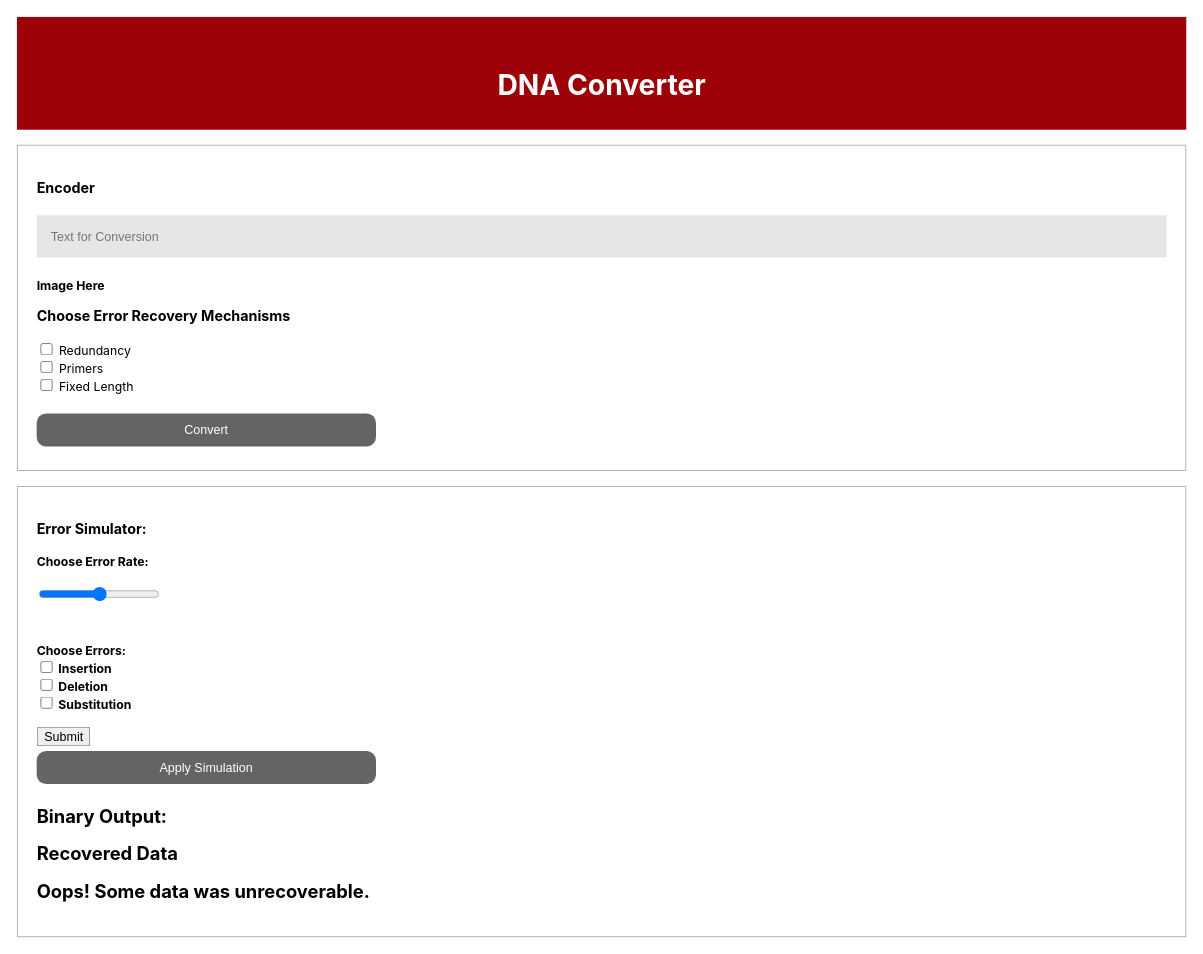
Repository: komalharjani/MSc-Thesis-DNA-Storage
Page: index.html
An editor plug-in stored every save of this project. The page is shown before and after the next save, followed by the edit.
The browser window is 1280 px wide. The pictures show the whole page, at 94% of full size.

Above is the page before, as saved 2020-08-16 22:10:24.

### index.html
<!DOCTYPE html>
<html lang="en">

<head>
    <link href="index.css" rel="stylesheet">
    <meta charset="UTF-8">
    <meta name="viewport" content="width=device-width, initial-scale=1.0">
    <title>Document</title>
</head>

<body>
    <div id="LoginPage">
        <div class="header"><br>
            <h2> DNA Converter </h2>
        </div><br>

        <div class="loginContainer">
            <h3>Encoder</h3>
            <input type="text" placeholder="Text for Conversion" id="textToConvert" required class="input">
            <label for="text"><b>Image Here</b></label>
            <h3>Choose Error Recovery Mechanisms</h3>
            <form>
                <input type="checkbox" id="vehicle1" name="vehicle1" value="Bike">
                <label for="vehicle1"> Redundancy </label><br>
                <input type="checkbox" id="vehicle2" name="vehicle2" value="Car">
                <label for="vehicle2"> Primers </label><br>
                <input type="checkbox" id="vehicle3" name="vehicle3" value="Boat">
                <label for="vehicle3"> Fixed Length</label><br><br>
            </form>
            <button onclick="onSubmit()" id="submit">Convert</button>
        </div><br>
        <div class="loginContainer">
            <h3>Error Simulator:</h3>
            <h4>Choose Error Rate:</h4>
            <input type="range" name="rangeInput" min="0" max="10" onchange="updateTextInput(this.value);">
            <input type="number" id="textInput" value="" class="range" max="10"><br>
            <h4>Choose Errors:</h4<br>
            <form>
                <input type="checkbox" id="vehicle1" name="vehicle1" value="Bike">
                <label for="vehicle1"> Insertion </label><br>
                <input type="checkbox" id="vehicle2" name="vehicle2" value="Car">
                <label for="vehicle2"> Deletion </label><br>
                <input type="checkbox" id="vehicle3" name="vehicle3" value="Boat">
                <label for="vehicle3"> Substitution </label><br><br>
                <input type="submit" value="Submit">
            </form>
            <button onclick="" id="error">Apply Simulation</button><br>
            <!--Take Error Rate from On Submit-->
            <h2>Binary Output:</h2>
            <h2>Recovered Data</h2>
            <h2>Oops! Some data was unrecoverable. </h2>
        </div>
    </div>

</body>
<script src="index.js"></script>

</html>

### index.css
body {
    background-color:white;
    resize: both;
    overflow: auto;
}

.labelText {
  width: 100%;
  padding: 15px;
  margin: 5px 0 22px 0;
  display: inline-block;
  border: none;
  background: #cacaca;
}

.search {
  width: 30%;
  padding: 15px;
  margin: 5px 0 22px 0;
  display: inline-block;
  border: none;
  background: #e6e6e6;
}

.runBtn {
  background-color: #000000;
  border: 1px solid #ffffff;
  color: rgb(255, 255, 255);
  padding: 14px 20px;
  margin-top: 5px;
  margin-bottom: 5px;
  margin-right: 2px;
  margin-left: 0;
  border: none;
  cursor: pointer;
  width: 100%;
  opacity: 0.9;
  font-size: 15px;
}

#map{
  height: 400px;
  width: 100%;
}

#profile {
  border-radius: 50%;
}

.profile {
    padding: 10px;
    text-align: center;
    height: auto;
}

/* Full-width input fields */
.input {
  width: 100%;
  padding: 15px;
  margin: 5px 0 22px 0;
  display: inline-block;
  border: none;
  background: #e6e6e6;
}

.range {
  margin: 5px 0 22px 0;
  display: inline-block;
  border: none;
  text-align: right;
}

li {
  width: 100%;
  padding: 15px;
  margin: 5px 0 22px 0;
  display: inline-block;
  border: none;
  background: #cacaca;
}

ul {
  padding: 0;
}


/* Add a background color when the inputs get focus */
input[type=text]:focus, input[type=password]:focus {
  background-color: rgb(184, 184, 184);
  outline: none;
}

/* button {
  background-color: #000000;
  color: rgb(255, 255, 255);
  padding: 14px 20px;
  margin: 8px;
  border: none;
  cursor: pointer;
  width: 30%;
  opacity: 0.9;
  border-radius: 20px;
} */

.loginContainer {
  width: 100%;
  float: center;
  padding: 20px;
  border: 0.5px solid #afafaf;
  height: auto;

}

/* Set a style for all buttons */
.button {
  background-color: #000000;
  color: rgb(255, 255, 255);
  padding: 10px;
  width: 100%;
  border: none;
  border-radius: 10px;
}

button {
  background-color: rgb(100, 100, 100);
  color: rgb(255, 255, 255);
  padding: 10px;
  width: 30%;
  margin-top: 5px;
  margin-bottom: 5px;
  margin-right: 2px;
  margin-left: 0;
  border: none;
  border-radius: 10px;
}

button:hover {
  opacity: 0.8;
}

/* Extra styles for the cancel button */
.cancelbtn {
  padding: 14px 20px;
  background-color: whitesmoke;
}

/* Float cancel and signup buttons and add an equal width */
.cancelbtn, .signupbtn {
  float: right;
  width: 100%;
}


/* Style the horizontal ruler */
hr {
  border: 1px solid #f1f1f1;
  margin-bottom: 25px;
}

/* Change styles for cancel button and signup button on extra small screens */
@media screen and (max-width: 300px) {
  .cancelbtn, .signupbtn {
     width: 100%;
  }
}
/* OLD BELOW!!!!! */

* {
    box-sizing: border-box;
  }

  /* Add a gray background color with some padding */
  body {
    font-family: -apple-system, BlinkMacSystemFont, 'Segoe UI', Roboto, Oxygen, Ubuntu, Cantarell, 'Open Sans', 'Helvetica Neue', sans-serif;
    padding: 10px;
    background: #ffffff;
    font-size: 13px;
  }
  table {
    font-family: arial, sans-serif;
    border-collapse: collapse;
    width: 100%;
  }

  td, th {
    border: 1px solid #dddddd;
    text-align: left;
    padding: 8px;
  }

  tr:nth-child(even) {
    background-color: #dddddd;
  }
  /* Header Title */
  .header {
    padding: 5px;
    font-size: 20px;
    text-align: center;
    background: #9d0208;
    color: white;
  }

  .login {
    width:300px;
    height:500px;
    position: fixed;
    top: 50%;
    left: 50%;
    margin-top: -125px;
    margin-left: -150px;
  }

  /* Split Screen into Columns */

  .rightcolumn {
    float: right;
    width: 50%;
    padding: 10px;
  }

  .leftcolumn {
    float: left;
    width: 20%;
    padding: 10px;
    background-color: rgb(255, 255, 255);
  }

  .left {
    float: right;
    width: 50%;
    background-color: rgb(255, 255, 255);
  }

  .right {
    float: right;
    width: 50%;
    background-color: rgb(255, 255, 255);
  }

  .centercolumn {
    float: left;
    width: 80%;
    padding: 10px;
    background-color: rgb(255, 255, 255);
  }

  .title {
    color: grey;
    font-size: 18px;
  }

  .rightcolumn {
    float: left;
    width: 30%;
    padding: 10px;
    background-color: rgb(255, 255, 255);
  }

  .box {
    background-color: rgb(255, 255, 255);
    width: 100%;
    padding: 15px;
  }


  .card {
     background-color: whitesmoke;
     padding: 15px;
  }

  .row:after {
    content: "";
    display: table;
    clear: both;
  }

  /* Footer */
  .footer {
    padding: 20px;
    text-align: center;
    background: #ddd;
    margin-top: 20px;
  }

  /* Responsive layout - when the screen is less than 800px wide, make the two columns stack on top of each other instead of next to each other */
  @media screen and (max-width: 800px) {
    .leftcolumn, .rightcolumn {
      width: 100%;
      padding: 0;
    }
  }

  tr:nth-child(even) {
    background-color: #3b37377c;
  }

  button:hover {
    opacity:1;
  }

  /* Extra styles for the cancel button */
  .cancelbtn {
    padding: 14px 20px;
    background-color: #000000;
  }

  /* Float cancel and signup buttons and add an equal width */
  .cancelbtn, .signupbtn {
    float: right;
    width: 100%;
  }

  .containerForm {
    width: 50%;
    float: left;
    padding: 10px;
    background-color: rgb(255, 255, 255);
  }

  /* Add padding to container elements */
  .container {
    width: 100%;
    float: left;
    padding: 10px;
    background-color: rgb(255, 255, 255);
  }

  #result {
    color: red;
  }

  .submitComment {
    background-color: white;
    color: black;
    border: 1px solid #888;
    width: 100%;
    float: right;
  }

  .submitComment :hover {
    background-color: rgb(138, 138, 138);
  }

  .readMore {
    background-color: rgb(216, 216, 216);;
    color: black;
    width: 40%;
    margin: 5px;
  }

  .logoutBtn {
    color: white;
    background-color: #9d0208 ;
    border: 1px solid rgb(255, 255, 255);
    margin: 10px;
  }

  .logoutBtn:hover {
    opacity: 0.7;
  }

  .register {
    color: black;
    background-color: white ;
    border: 1px solid rgb(255, 255, 255);
    margin: 10px;
    opacity: 0.8;
  }

  .register:hover {
    opacity: 1;
  }

  .runPostsStyle {
    background-color: rgb(255, 255, 255);
    padding: 20px;
    border-radius: 10px;
    margin-top: 20px;
    width: 100%;
    overflow: hidden;
    border: 1px solid rgb(0, 0, 0);
    columns: 2;
  }



  .commentPost {
    background-color: whitesmoke;
    padding: 20px;
    border-radius: 10px;
    margin-top: 20px;
    width: 100%;
    overflow: hidden;
  }

  .mapStyle {
    background-color: rgb(94, 0, 0);
    border-radius: 10px;
    width: 40%;
    height: 100px;
    border:solid black;
  }

  /* The Modal (background) */
  .modal {
    display: none; /* Hidden by default */
    position: fixed; /* Stay in place */
    left: 0;
    top: 0;
    width: 100%; /* Full width */
    height: 100%; /* Full height */
    overflow: auto; /* Enable scroll if needed */
    background-color:rgb(255, 255, 255);
    padding: 20px;
  }

  /* Modal Content/Box */
  .modal-content {
    background-color: #ffffff;
    margin: 5% auto 15% auto; /* 5% from the top, 15% from the bottom and centered */
    border: 1px solid #888;
    width: 80%; /* Could be more or less, depending on screen size */
  }

  .postTitle {
    font-size: 20px;
    font-weight: bold;
    color: #9d0208;
  }

  .dateDisplay {
    font-size: 20px;
    font-weight: bold;
  }

  .toFrom {
    font-size: 14px;
    font-weight: bold;
  }

  /* Style the horizontal ruler */
  hr {
    border: 1px solid #f1f1f1;
    margin-bottom: 25px;
  }

  /* The Close Button (x) */
  .close {
    position: absolute;
    right: 35px;
    top: 15px;
    font-size: 40px;
    font-weight: bold;
    color: #000000;
  }

  .close:hover,
  .close:focus {
    color: #ff8484;
    cursor: pointer;
  }

  /* Clear floats */
  .clearfix::after {
    content: "";
    clear: both;
    display: table;
  }

  /* Change styles for cancel button and signup button on extra small screens */
  @media screen and (max-width: 300px) {
    .cancelbtn, .signupbtn {
       width: 100%;
    }
  }

  .dropbtn {
    background-color: #E6E6E6;
    color: rgb(85, 85, 85);
    padding: 16px;
    font-size: 16px;
    border: none;
    width: 100px;
    cursor: pointer;
  }

  .dropbtn:hover, .dropbtn:focus {
    background-color: rgb(187, 187, 187);
  }

  .dropdown {
    position: relative;
    display: inline-block;
  }

  .dropdown-content {
    display: none;
    position: absolute;
    background-color: #f1f1f1;
    min-width: 160px;
    overflow: auto;
    box-shadow: 0px 8px 16px 0px rgba(0,0,0,0.2);
    z-index: 1;
  }

  .dropdown-content a {
    color: black;
    padding: 12px 16px;
    text-decoration: none;
    display: block;
  }

  .dropdown a:hover {background-color: #ddd;}

  .show {display: block;}

### index.js
let text = "Lorem Ipsum is simply dummy text of the printing and typesetting industry. Lorem Ipsum has been the industry's standard dummy text ever since the 1500s, when an unknown printer took a galley of type and scrambled it to make a type specimen book. It has survived not only five centuries, but also the leap into electronic typesetting, remaining essentially unchanged. It was popularised in the 1960s with the release of Letraset sheets containing Lorem Ipsum passages, and more recently with desktop publishing software like Aldus PageMaker including versions of Lorem Ipsum. Lorem Ipsum is simply dummy text of the printing and typesetting industry. Lorem Ipsum has been the industry's standard dummy text ever since the 1500s, when an unknown printer took a galley of type and scrambled it to make a type specimen book. It has survived not only five centuries, but also the leap into electronic typesetting, remaining essentially unchanged. It was popularised in the 1960s with the release of Letraset sheets containing Lorem Ipsum passages, and more recently with desktop publishing software like Aldus PageMaker including versions of Lorem Ipsum. Lorem Ipsum is simply dummy text of the printing and typesetting industry. Lorem Ipsum has been the industry's standard dummy text ever since the 1500s, when an unknown printer took a galley of type and scrambled it to make a type specimen book. It has survived not only five centuries, but also the leap into electronic typesetting, remaining essentially unchanged. It was popularised in the 1960s with the release of Letraset sheets containing Lorem Ipsum passages, and more recently with desktop publishing software like Aldus PageMaker including versions of Lorem Ipsum. Lorem Ipsum is simply dummy text of the printing and typesetting industry. Lorem Ipsum has been the industry's standard dummy text ever since the 1500s, when an unknown printer took a galley of type and scrambled it to make a type specimen book. It has survived not only five centuries, but also the leap into electronic typesetting, remaining essentially unchanged. It was popularised in the 1960s with the release of Letraset sheets containing Lorem Ipsum passages, and more recently with desktop publishing software like Aldus PageMaker including versions of Lorem Ipsum.";
console.log(text.length);
let noErrors = 4;
let binOutput;

/**
 * Called when convert is started
 */
function onSubmit() {

    //Add Length
    let input = addLength();
    binOutput = textToBinary(input);
    //binOutput = textToBinary(text);

    //ADDING ENCODING INFORMATION
    let dnaStringOutput = binaryToDNA(binOutput);

    //add Primers
    let addedPrimers = addPrimers(dnaStringOutput);

    //Add Redundancy and Complement
    let cloneOne = addedPrimers.slice();
    let cloneTwo = addedPrimers.slice();
    let comp = addComplement(addedPrimers); //or dnaString Output
    //let cloneOne = dnaStringOutput.slice();
    //let cloneTwo = dnaStringOutput.slice();
    //let comp = addComplement(dnaStringOutput);
    //let reverse = cloneTwo.reverse();

    //Add Blocks
    let blocks = addBlocks(addPrimers);
    //errorSimulator(blocks);

    //ERROR SIMULATOR
    let cloneError = errorSimulator(cloneOne);
    let cloneTwoError = errorSimulator(cloneTwo);
    let dnaStringError = errorSimulator(addedPrimers);
    console.log(dnaStringError);
    let errorComp = errorSimulator(comp);

    // let rem = removePrimers(errorDNA);
    // let extractedLength = getLength(removePrimers); //call getLength from here
    // errorCorrectLength(extractedLength);

    //Call Error Correcting for Redundant
    let errorCorrection = errorCorrectRedundant(cloneError, dnaStringError, cloneTwoError);
    let errorCorrectionResult = dnaToBinary(errorCorrection);
    let convertedOutput = removePrimers(errorCorrectionResult);
    let decoded = decode(convertedOutput);
    binaryToText(decoded);
}

function imageToBinary(img) {
        var binArray = []
        var datEncode = "";

        for (i=0; i < data.length; i++) {
            binArray.push(data[i].charCodeAt(0).toString(2));
        }
        for (j=0; j < binArray.length; j++) {
            var pad = padding_left(binArray[j], '0', 8);
            datEncode += pad + ' ';
        }
        function padding_left(s, c, n) { if (! s || ! c || s.length >= n) {
            return s;
        }
        var max = (n - s.length)/c.length;
        for (var i = 0; i < max; i++) {
            s = c + s; } return s;
        }
        console.log(binArray);
}

/**
 * Converting User Inputted Text into Binary using ASCII Table
 * @param {*} text
 */
function textToBinary(text) {
    var length = text.length,
        output = [];
    for (var i = 0; i < length; i++) {
        var bin = text[i].charCodeAt().toString(2);
        output.push(Array(8 - bin.length + 1).join("0") + bin);
    }
    return output.join("");
}

/**
 * Converting Binary Output to DNA by Mapping 2 bits to A, G, C or T.
 * Mapping: A = 00, G = 01, C = 10, T = 11
 * @param {*} binOutput
 */
function binaryToDNA(binOutput) {
    // console.log(binOutput.length);
    let dnaArray = [];
    var twoBitsArray = []; //Array to hold binary elements, each element containing 2 bits
    var i = 0;
    var n = binOutput.length;

    while (i < n) {
        twoBitsArray.push(binOutput.slice(i, i += 2));
    }
    console.log(twoBitsArray);

    for (let i = 0; i < twoBitsArray.length; i++) {
        if (twoBitsArray[i] == "00") {
            dnaArray.push("A");
        }
        else if (twoBitsArray[i] == "01") {
            dnaArray.push("G");
        }
        else if (twoBitsArray[i] == "10") {
            dnaArray.push("C");
        }
        else if (twoBitsArray[i] == "11") {
            dnaArray.push("T");
        }
    }
    return dnaArray;
}

/**
 * Control 1: Remove Homopolymers and 'GC' repeats
 */
function removeHomopolymers() {

}

/**
 * Add a Payload
 * @param {*} dnaArray
 */
function addPrimers(dnaArray) {
    let stringed = dnaArray.join("");
    let primer = "AAAAA"; //Add Primer of 5 A's
    let dnaString = primer + stringed + primer;
    let textLength, dnaLength, binaryLength;
    return dnaString;
}

/**
 *
 */
function addLength() {
    let padding = "00000000";
    let textLength = text.length;
    let noNums = textLength.toString().length;
    let zeros = 8 - noNums;
    let zerosPadding = padding.slice(0, zeros);
    let final = zerosPadding + textLength;
    console.log(final);
    //length of DNA == 32 CHARACTERS AT THE END
    text = text + final;
    return text;
}

/**
 *
 */
function addBlocks() {

}


/**
 * Generate Complement of DNA String to be stored
 */
function addComplement(dnaArray) {

    let complement = [];
    for (let i = 0; i < dnaArray.length; i++) {
        if (dnaArray[i] == "A") {
            complement.push("T");
        }
        if (dnaArray[i] == "T") {
            complement.push("A");
        }
        if (dnaArray[i] == "C") {
            complement.push("G");
        }
        if (dnaArray[i] == "G") {
            complement.push("C");
        }
    }
    let comp = complement.join("");
    return comp;
}

/**
 * Error Simulator to delete random information
 * Attempting to mimic sequencing and synthesis errors in practice
 * @param {*} dnaString
 */
function errorSimulator(dnaString) { //does this have to deal with a string?
    let errorRate = Math.round(dnaString.length * noErrors / 1000); //error rate user input
    dnaArray = dnaString.split("");
    console.log(dnaArray);
    let min = 0; //change if errors should be concentrated at end
    for (let i = 0; i < errorRate; i++) { //for error rate
        let randomIndex = (Math.floor(Math.random() * dnaArray.length - min + 1) + min) + 1; //generate random index
        console.log(randomIndex);
        //min = randomIndex; //set minimum for sequential errors
        console.log(dnaArray[randomIndex + 1]);
        dnaArray.splice(randomIndex, 1); //remove element from string here
    }
    return dnaArray;
}

/**
 *
 * @param {*} dnaString
 */
function errorCorrectRedundant(cloneOne, errorDNA, cloneTwo,len) {

    let temp = [];
    let missing = [];

    let majority;

    let getLenClone = errorDNA.slice();
    let errorCorrectionResult = dnaToBinary(getLenClone);
    let convertedOutput = removePrimers(errorCorrectionResult);
    let decoded = decode(convertedOutput);
    binaryToText(decoded);
    let extractedLength = getLength(errorCorrectionResult); //call getLength from here
    console.log(extractedLength);
    console.log(getLenClone.length);

    let noErrors = (extractedLength - getLenClone.length) * 3;
    console.log(noErrors);


    while (noErrors > 0) {
        //Identifies the index of where the error has occured
        for (let j = 0; j < errorDNA.length; j++) {
            if (errorDNA[j] === cloneOne[j] && errorDNA[j] === cloneTwo[j]) {
                temp.push(errorDNA[j]);
            }
            else {
                missing.push({
                    original: errorDNA[j],
                    cloneOne: cloneOne[j],
                    cloneTwo: cloneTwo[j]
                })
                break;
            }
        }

        let indexToInsert = temp.length;
        //correct in missing

        for (let i = 0; i < missing.length; i++) {
            if (missing[i].original === missing[i].cloneOne) {
                majority = missing[i].original;
                cloneTwo.splice(indexToInsert, 0, majority);
                //return errorDNA, cloneOne, cloneTwo;
                //dnaToBinary(cloneTwo);
            }
            else if (missing[i].original === missing[i].cloneTwo) {
                majority = missing[i].original;
                cloneOne.splice(indexToInsert, 0, majority);
                //return errorDNA, cloneOne, cloneTwo;
                //dnaToBinary(cloneOne);
            }
            else if (missing[i].cloneTwo === missing[i].cloneOne) {
                majority = missing[i].cloneTwo;
                errorDNA.splice(indexToInsert, 0, majority);
                //return errorDNA, cloneOne, cloneTwo;
                //dnaToBinary(errorDNA);
            }
        }
        missing = [];
        temp = [];
        majority = "";
        noErrors--;
    }
    return errorDNA;

}


//Get Length of Binary --> must decode to get length
//decode original string
//remove primers
//call getLength
function getLength(decodedResult) {
    //decodedResult.splice(-5, 5); //remove primer from en
    let removeNum = decodedResult.length - 32;
    decodedResult.splice(0, removeNum);
    let extractedLength = decode(decodedResult);
    let finalNum = binaryToText(extractedLength);
    let num = finalNum.replace(/^0+/, '');
    let dnaLength = (num * 4) + 42;
    console.log(dnaLength);
    return dnaLength;
}

// function errorCorrectLength(len) {
//     let dnaLength = (len * 4) + 42;
//     console.log(dnaLength);
// }

/**
 * Convert error corrected string back to binary
 * @param {*} dnaString
 */
function dnaToBinary(dnaString) {
    let decodedResult = [];

    for (let i = 0; i < dnaString.length; i++) {
        if (dnaString[i] == "A") {
            decodedResult.push("00");
        }
        if (dnaString[i] == "G") {
            decodedResult.push("01");
        }
        if (dnaString[i] == "C") {
            decodedResult.push("10");
        }
        if (dnaString[i] == "T") {
            decodedResult.push("11");
        }
    }
    console.log(decodedResult);
    return decodedResult;
}


function removePrimers(convertedOutput) {
    //check if all A's and then splice
    convertedOutput.splice(0, 5); //remove primer from beginning
    convertedOutput.splice(-5, 5); //remove primer from end
    return convertedOutput;

}

function decode(convertedOutput) {
    let conv = convertedOutput.join("");
    // console.log(conv);

    let temp = [];
    var i = 0;
    var n = conv.length;

    while (i < n) {
        temp.push(conv.slice(i, i += 8));
    }

    // console.log(temp);
    temp = temp.join(" ");
    return temp;
}


/**
 * Map Binary back to text using ASCII character codes
 * @param {*} str
 */
function binaryToText(str) {
    // console.log(str);
    var binString = '';
    str.split(' ').map(function (bin) {
        binString += String.fromCharCode(parseInt(bin, 2));
    });
    console.log(binString);
    return binString;
}

After the next save:
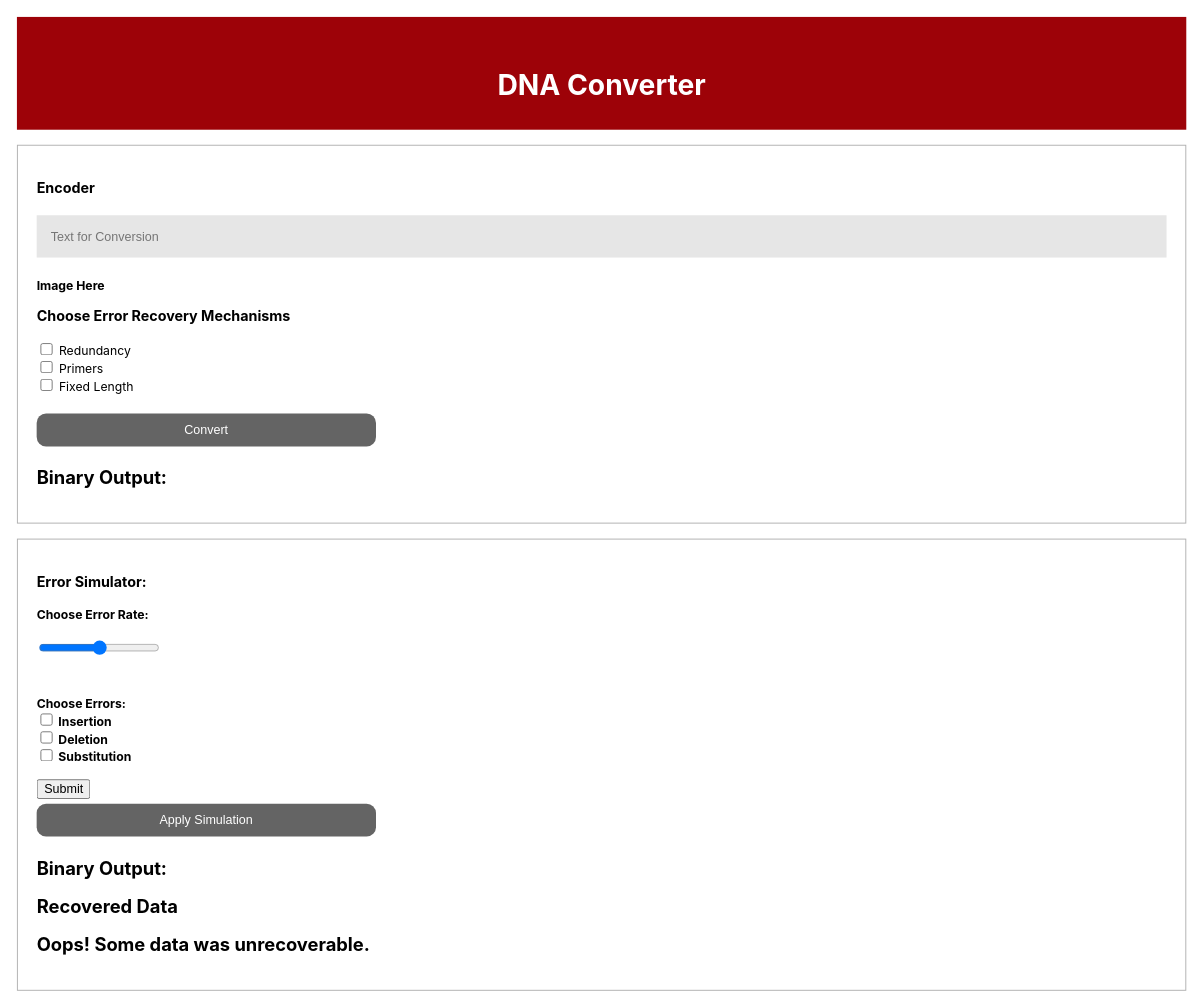
Saved 31 s later.
--- a/index.html
+++ b/index.html
@@ -28,6 +28,8 @@
                 <label for="vehicle3"> Fixed Length</label><br><br>
             </form>
             <button onclick="onSubmit()" id="submit">Convert</button>
+            <h2>Binary Output:</h2>
+
         </div><br>
         <div class="loginContainer">
             <h3>Error Simulator:</h3>
